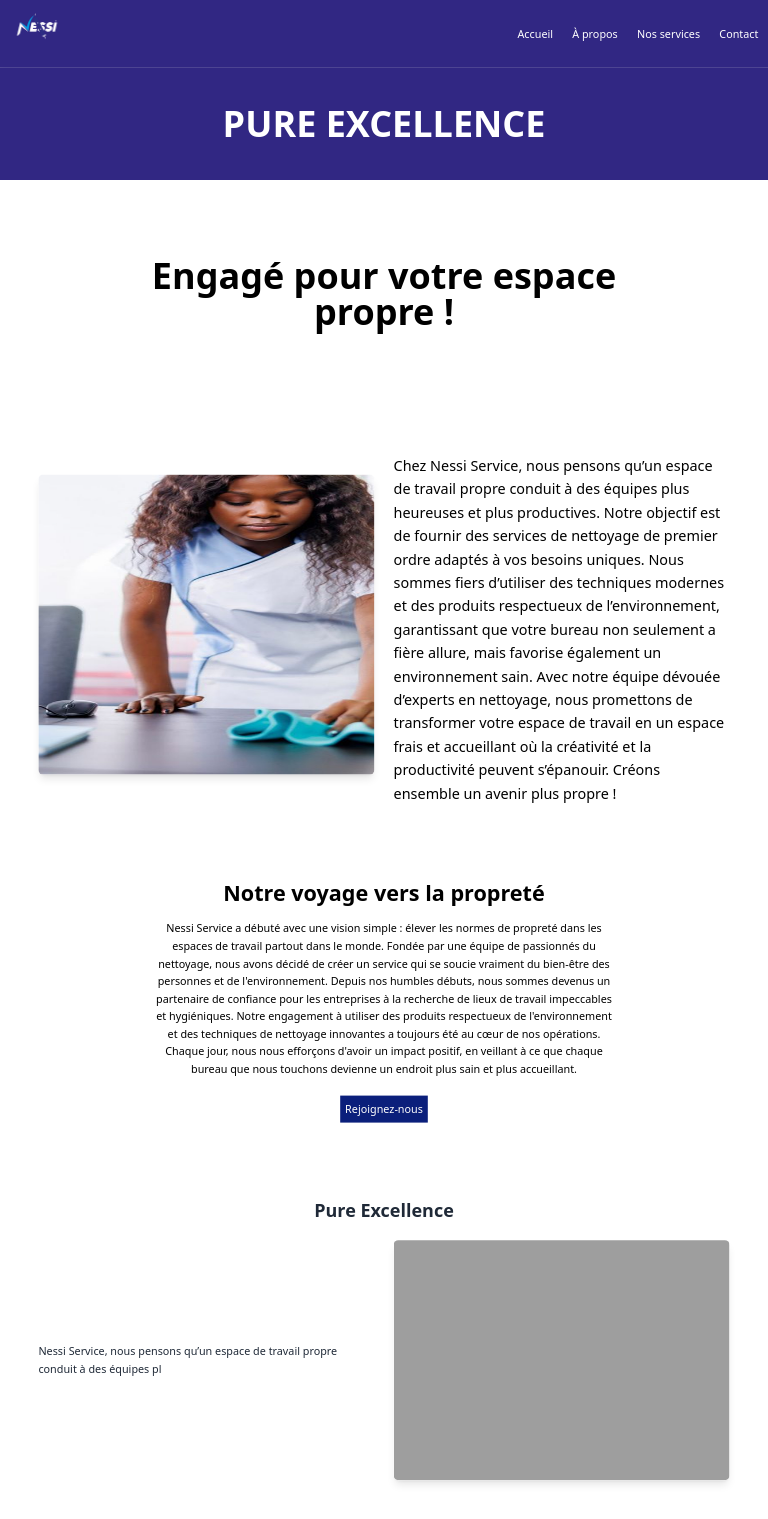
Repository: MDiouf9/Nessi
Page: /About
An editor plug-in stored every save of this project. The page is shown before and after a run of saves, followed by the edit.
The browser window is 1280 px wide. The pictures show the whole page, at 60% of full size.
Pictures or frames that could not be fetched are drawn as grey boxes. The project was rebuilt for these pictures with package versions that can differ from the ones it lists, and the page was loaded fresh each time. Also part of the build but not shown: vite.config.js, src/Global.css, src/App.css, src/components/Footer.jsx, src/Pages/Home.jsx, src/Pages/NotFound.jsx, src/components/Countries.jsx, src/Pages/Services.jsx and 1 more.

Above is the page before, as saved 2025-03-10 18:36:03.

### src/main.jsx
import { StrictMode } from 'react'
import { createRoot } from 'react-dom/client'
import './index.css'
import './Global.css'
import App from './App.jsx'

createRoot(document.getElementById('root')).render(
  <StrictMode>
    <App />
  </StrictMode>,
)

### src/index.css
@tailwind base;
@tailwind components;
@tailwind utilities;
























/* :root {
  font-family: Inter, system-ui, Avenir, Helvetica, Arial, sans-serif;
  line-height: 1.5;
  font-weight: 400;

  color-scheme: light dark;
  color: rgba(255, 255, 255, 0.87);
  background-color: #242424;

  font-synthesis: none;
  text-rendering: optimizeLegibility;
  -webkit-font-smoothing: antialiased;
  -moz-osx-font-smoothing: grayscale;
}

a {
  font-weight: 500;
  color: #646cff;
  text-decoration: inherit;
}
a:hover {
  color: #535bf2;
}

body {
  margin: 0;
  display: flex;
  place-items: center;
  min-width: 320px;
  min-height: 100vh;
}

h1 {
  font-size: 3.2em;
  line-height: 1.1;
}

button {
  border-radius: 8px;
  border: 1px solid transparent;
  padding: 0.6em 1.2em;
  font-size: 1em;
  font-weight: 500;
  font-family: inherit;
  background-color: #1a1a1a;
  cursor: pointer;
  transition: border-color 0.25s;
}
button:hover {
  border-color: #646cff;
}
button:focus,
button:focus-visible {
  outline: 4px auto -webkit-focus-ring-color;
}

@media (prefers-color-scheme: light) {
  :root {
    color: #213547;
    background-color: #ffffff;
  }
  a:hover {
    color: #747bff;
  }
  button {
    background-color: #f9f9f9;
  }
} */

### src/App.jsx

import { BrowserRouter , Routes, Route  } from "react-router-dom"
// import reactLogo from './assets/react.svg'
// import viteLogo from '/vite.svg'
import './App.css'
import Home from './Pages/Home'
import NotFound from './Pages/NotFound'
import About from './Pages/About'
import Countries from './components/Countries'
import Services from './Pages/Services'
import Contact from './Pages/Contact'


function App() {

  return (
    <>
     <BrowserRouter>
      <Routes>
        <Route path="/"  element={<Home />} />
        <Route path='/About' element={<About/>} />
        <Route path='/Services' element={<Services/>} />
        <Route path='/Contact' element={<Contact/>} />
        <Route path='/Countries' element={<Countries/>} />
        <Route path='*' element={<NotFound/>} />
      </Routes>
    </BrowserRouter>

    </>
  )
}

export default App

### src/Pages/About.jsx

import Header from '../components/Header'
import SectionWithImage from '../components/Sectionlesft'
import regulier from "../assets/fememenage.png";
import SectionWithTitle from '../components/SectionTitle';
import OurJourneySection from '../components/SectionTexte';


const About = () => {
  return (
    <div>

        <Header/>
        <section className="bg-[#312783] text-white py-16 flex justify-center items-center">
      <h1 className="text-4xl md:text-6xl font-bold">PURE EXCELLENCE</h1>
    </section>
    {/* section 2 */}
    <section className=" text-white py-16 flex justify-center items-center">
      <h1 className="text-4xl md:text-6xl font-bold"> <section className=" text-black py-16 flex justify-center items-center">
      <h1 className="text-4xl md:text-6xl font-bold text-center">Engagé pour votre espace <br /> propre !</h1>
    </section></h1>
    </section>

        <SectionWithImage
             imageSrc={regulier} // Image à afficher
             altText="Nettoyage en action" // Texte alternatif
             title="" // Titre de la section
             content="Chez Nessi Service, nous pensons qu’un espace de travail propre conduit à des équipes plus heureuses et plus productives. Notre objectif est de fournir des services de nettoyage de premier ordre adaptés à vos besoins uniques. Nous sommes fiers d’utiliser des techniques modernes et des produits respectueux de l’environnement, garantissant que votre bureau non seulement a fière allure, mais favorise également un environnement sain. Avec notre équipe dévouée d’experts en nettoyage, nous promettons de transformer votre espace de travail en un espace frais et accueillant où la créativité et la productivité peuvent s’épanouir. Créons ensemble un avenir plus propre !"
           />

<OurJourneySection />


<SectionWithTitle
  imageSrc="ton_image.png"
  altText="Nettoyage professionnel"
  title="Pure Excellence"
  content=" Nessi Service, nous pensons qu’un espace de travail propre conduit à des équipes pl"
/>

    </div>
  )
}

export default About

### src/components/Header.jsx
import  { useState } from "react";
import { Link } from "react-router-dom";
import logo from "../assets/logo1.png";

const navLinks = [
  { name: "Accueil", path: "/" },
  { name: "À propos", path: "/about" },
  { name: "Nos services", path: "/services" },
  { name: "Contact", path: "/contact" }
];

const Header = () => {
  const [isMenuOpen, setIsMenuOpen] = useState(false); // État pour gérer l'ouverture du menu mobile

  return (
    <header className="bg-[#312783] text-white p-4 shadow-lg">
      <div className="container mx-auto flex justify-between items-center">
        {/* Logo */}
        <img src={logo} alt="Logo" className="h-20" />

        {/* Menu burger pour mobile */}
        <button
          className="lg:hidden text-white text-2xl"
          onClick={() => setIsMenuOpen(!isMenuOpen)}
          aria-label="Toggle Menu"
        >
          {isMenuOpen ? (
            <span>&#10005;</span>  // Croix de fermeture du menu
          ) : (
            <span>&#9776;</span>  // Icône hamburger
          )}
        </button>

        {/* Navigation */}
        <nav className={`lg:flex ${isMenuOpen ? "block" : "hidden"} lg:bg-transparent bg-[#312783]`}>
          <ul className="lg:flex lg:space-x-8 flex-col lg:flex-row space-y-4 lg:space-y-0 p-6 lg:p-0">
            {navLinks.map((link, index) => (
              <li key={index} className="relative">
                <Link
                  to={link.path}
                  className="hover:text-gray-300 text-lg transition-colors duration-300 ease-in-out"
                >
                  {link.name}
                </Link>
                {/* Ajouter une barre sous le lien actif */}
              </li>
            ))}
          </ul>
        </nav>
      </div>


    </header>
  );
};

export default Header;

### src/components/Sectionlesft.jsx
const SectionWithImage = ({ imageSrc, altText, title, content }) => {
    return (
      <section className="bg-white py-16 px-6 md:px-16">
        <div className="container mx-auto flex flex-col md:flex-row items-center gap-8">
          {/* Image à gauche */}
          <div className="md:w-1/2 flex justify-aound items-center">
            <img src={imageSrc} alt={altText} className="w-full h-full max-h-[500px] object-center  rounded-lg shadow-lg" />
          </div>

          {/* Texte à droite */}
          <div className="md:w-1/2 flex flex-col justify-center h-full">
            <h2 className="text-3xl font-bold mb-4">{title}</h2>
            <p className="text-2xl leading-relaxed">{content}</p>
          </div>
        </div>
      </section>
    );
  };

  export default SectionWithImage;

### src/components/SectionTitle.jsx
const SectionWithTitle = ({ imageSrc, altText, title, content }) => {
    return (
      <section className="bg-white py-16 px-6 md:px-16">
        <div className="container mx-auto text-center mb-8">
          <h2 className="text-3xl font-bold text-gray-800">{title}</h2>
        </div>

        <div className="container mx-auto flex flex-col md:flex-row items-center gap-8">
          {/* Texte à gauche */}
          <div className="md:w-1/2 flex flex-col justify-center h-full text-gray-800">
            <p className="text-lg leading-relaxed">{content}</p>
          </div>

          {/* Image à droite */}
          <div className="md:w-1/2 flex justify-center items-center">
            <img src={imageSrc} alt={altText} className="w-full h-full max-h-[400px] object-cover rounded-lg shadow-lg" />
          </div>
        </div>
      </section>
    );
  };

  export default SectionWithTitle;

### src/components/SectionTexte.jsx
const OurJourneySection = () => {
    return (
      <section className=" text-black py-16 px-6 md:px-16">
        <div className="container mx-auto text-center">
          {/* Titre */}
          <h2 className="text-4xl font-bold mb-6">Notre voyage vers la propreté</h2>

          {/* Texte */}
          <p className="text-lg leading-relaxed max-w-3xl mx-auto">
            Nessi Service a débuté avec une vision simple : élever les normes de propreté dans les espaces de travail partout dans le monde.
            Fondée par une équipe de passionnés du nettoyage, nous avons décidé de créer un service qui se soucie vraiment du bien-être des personnes et de l'environnement.
            Depuis nos humbles débuts, nous sommes devenus un partenaire de confiance pour les entreprises à la recherche de lieux de travail impeccables et hygiéniques.
            Notre engagement à utiliser des produits respectueux de l'environnement et des techniques de nettoyage innovantes a toujours été au cœur de nos opérations.
            Chaque jour, nous nous efforçons d'avoir un impact positif, en veillant à ce que chaque bureau que nous touchons devienne un endroit plus sain et plus accueillant.
            <br /> <br />
             <button className="left bg-[#0B1F7B] p-2 text-white">Rejoignez-nous</button>
          </p>
        </div>
      </section>
    );
  };

  export default OurJourneySection;

Loaded but not shown: index.html (common file); tailwind.config.js (common file)

After the next 2 saves:
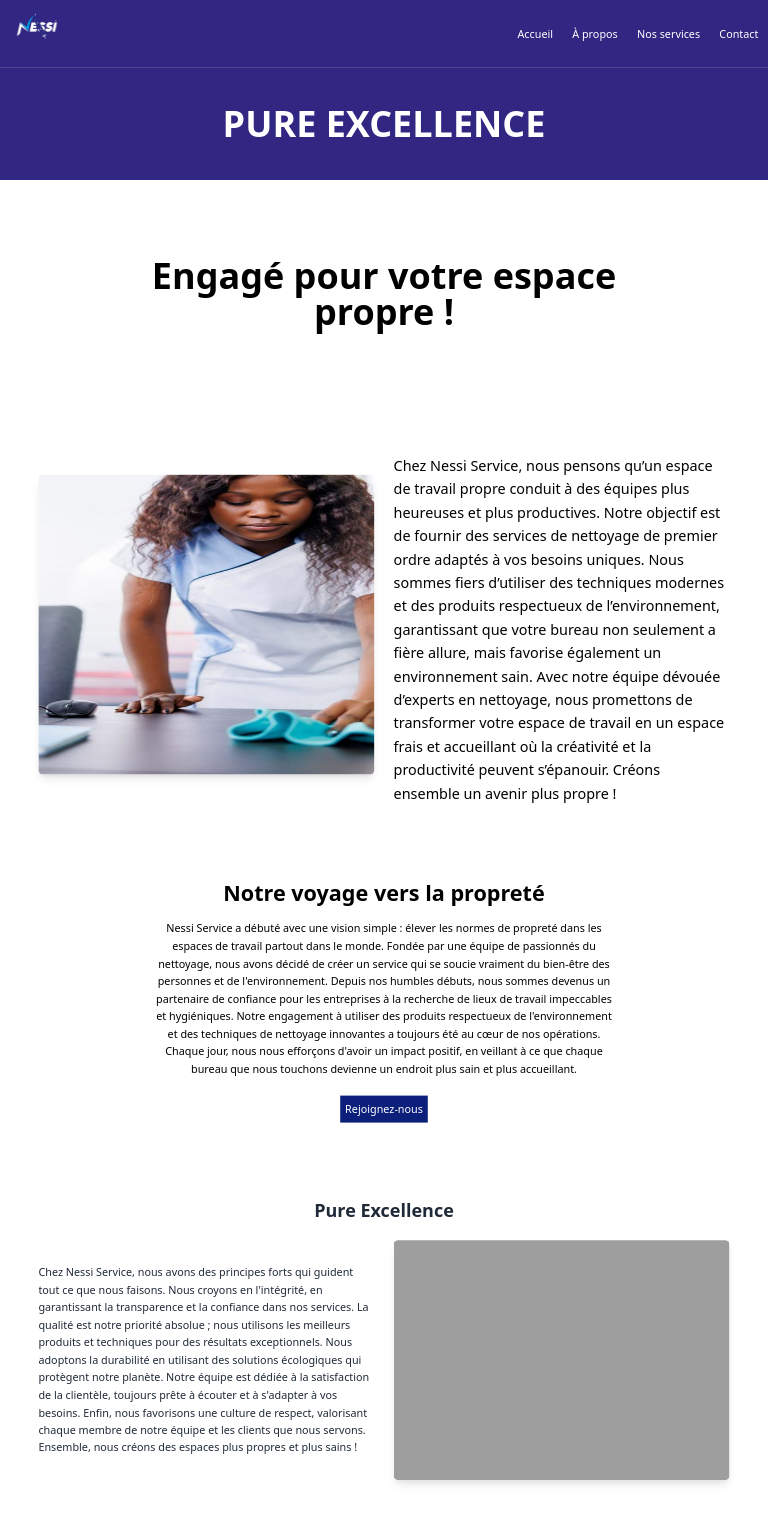
The 2 saves are shown as one change because they came seconds apart.
The last was saved 10 s later.
--- a/src/Pages/About.jsx
+++ b/src/Pages/About.jsx
@@ -35,7 +35,7 @@ const About = () => {
   imageSrc="ton_image.png"
   altText="Nettoyage professionnel"
   title="Pure Excellence"
-  content=" Nessi Service, nous pensons qu’un espace de travail propre conduit à des équipes pl"
+  content=" Chez Nessi Service, nous avons des principes forts qui guident tout ce que nous faisons. Nous croyons en l'intégrité, en garantissant la transparence et la confiance dans nos services. La qualité est notre priorité absolue ; nous utilisons les meilleurs produits et techniques pour des résultats exceptionnels. Nous adoptons la durabilité en utilisant des solutions écologiques qui protègent notre planète. Notre équipe est dédiée à la satisfaction de la clientèle, toujours prête à écouter et à s'adapter à vos besoins. Enfin, nous favorisons une culture de respect, valorisant chaque membre de notre équipe et les clients que nous servons. Ensemble, nous créons des espaces plus propres et plus sains !"
 />
 
     </div>
